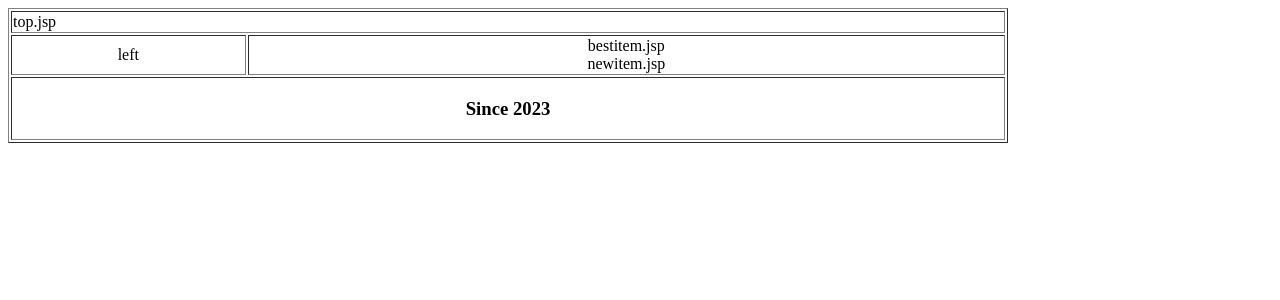
Repository: JeongDaejin/JSP-
Page: http://localhost/ServletTest/template.jsp?page=newitem
The author's editor kept a copy of each file at every save. The page is drawn from the files as they stood at one save, then again after the next save.
The browser window is 1280 px wide. The pictures show the whole page.
The page is served by Tomcat 9.

Above is the page before, as saved 2023-02-01 06:44:07.

After the next save:
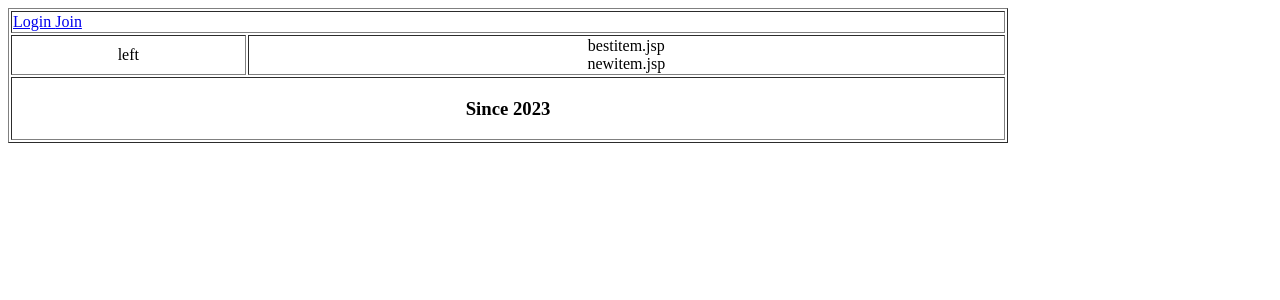
Saved 42 s later.
--- a/JSPExam2/ServletTest/src/main/webapp/template.jsp
+++ b/JSPExam2/ServletTest/src/main/webapp/template.jsp
@@ -10,7 +10,7 @@
 <table border="1" style="width: 1000px; text-align: center;">
 
 <tr >
-<td colspan="2" style="text-align: left">top.jsp</td>
+<td colspan="2" style="text-align: left"><%@ include file="top.jsp" %></td>
 </tr>
 <tr>
 <td>left<br>
